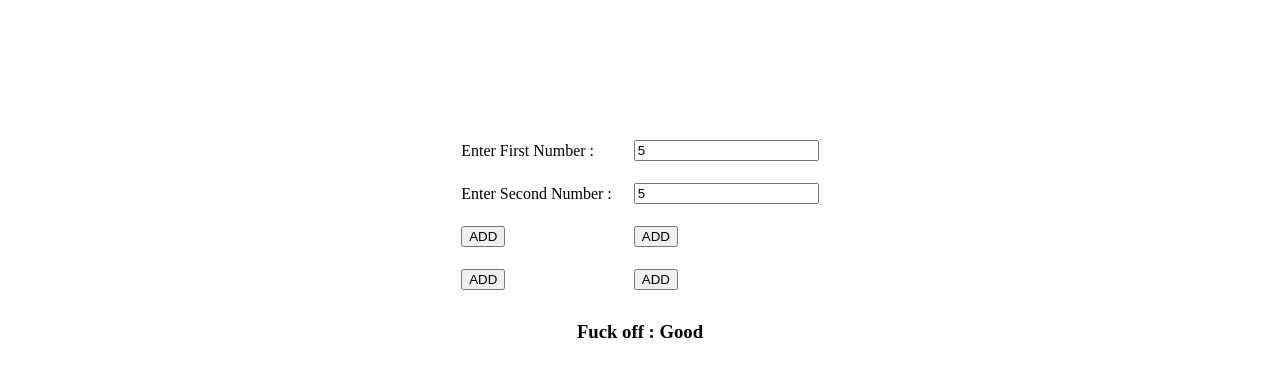
Repository: gajanansp07/Advance_Java_Practice
Page: Webapp/src/main/webapp/Calc.html
The author's editor kept a copy of each file at every save. The page is drawn from the files as they stood at one save, then again after the next save.
The browser window is 1280 px wide. The pictures show the whole page.
Empty fields were first filled with sample values (such as "Sample", 5 or name@example.com).
After loading, the first visible `input[onclick="add()"]` was clicked once.

Above is the page before, as saved 2022-03-13 07:48:23.

After the next save:
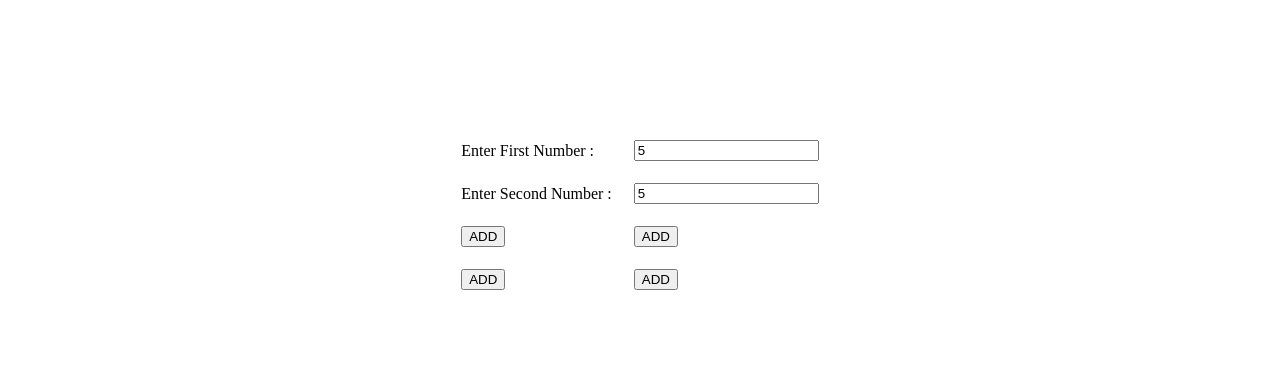
Console error: TypeError: Cannot set properties of null (setting 'innerHTML')
Saved 53 s later.
--- a/Webapp/src/main/webapp/Calc.html
+++ b/Webapp/src/main/webapp/Calc.html
@@ -18,7 +18,6 @@ table{
 <script type="text/javascript">
 function add() {
 	  const fvl = document.getElementById('fn').value;
-	  alert(" Fuck : "+fvl);
 	 const svl = document.getElementById('sn').value;
 	  alert("Food");
 	 let output = document.getElementById('output');
@@ -47,7 +46,6 @@ function add() {
 			<td> <input type="button" onClick="add()" value="ADD" > </td>
 		</tr>
 	</table>
-	<div id="output" align="center"> </div>
 </form>
 
 </body>
